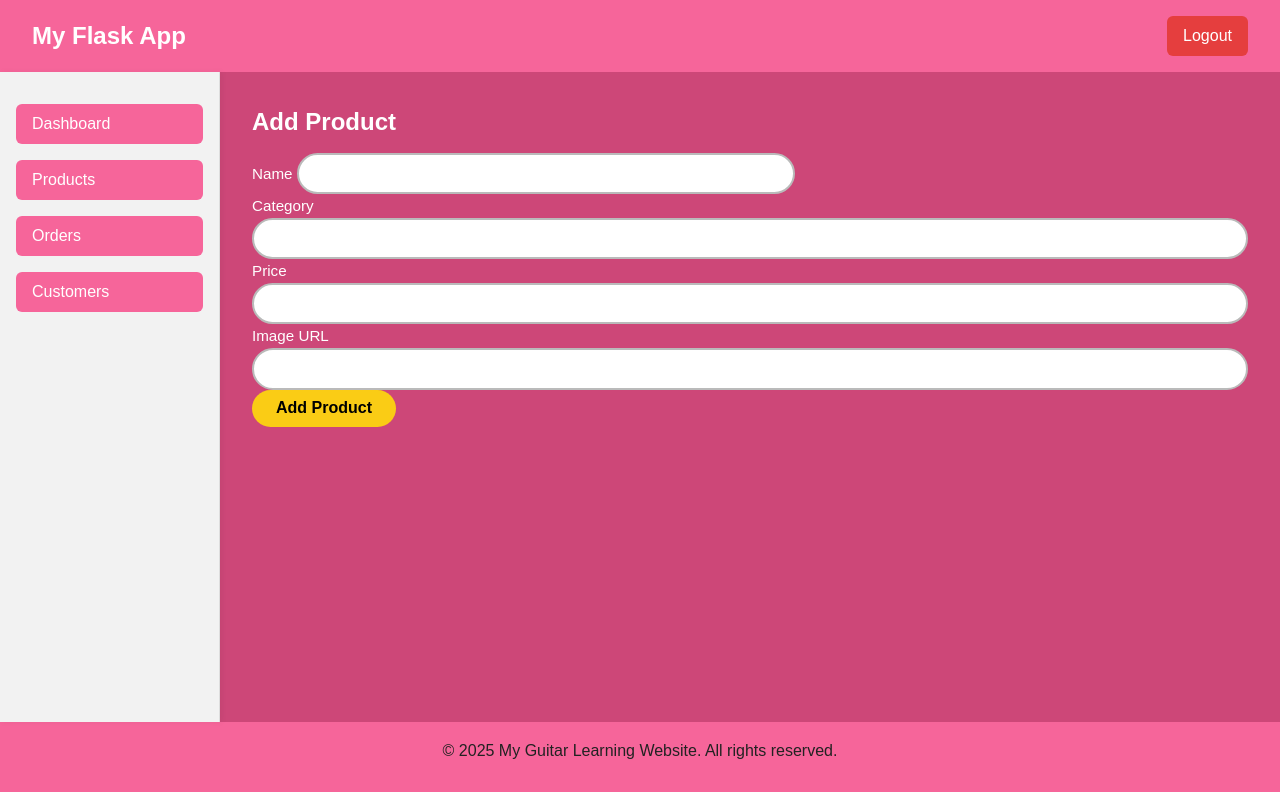
Repository: rywkoo/LearnGuitar
Page: templates/admin/addproduct.html
The author's editor kept a copy of each file at every save. The page is drawn from the files as they stood at one save, then again after the next save.
The browser window is 1280 px wide. The pictures show the whole page.
The page is served by the project's application, run on Flask 3 (app.py). The template is opened directly, without the code that normally fills it, so the values that code supplies are empty.

Above is the page before, as saved 2025-08-25 19:56:07.

After the next save:
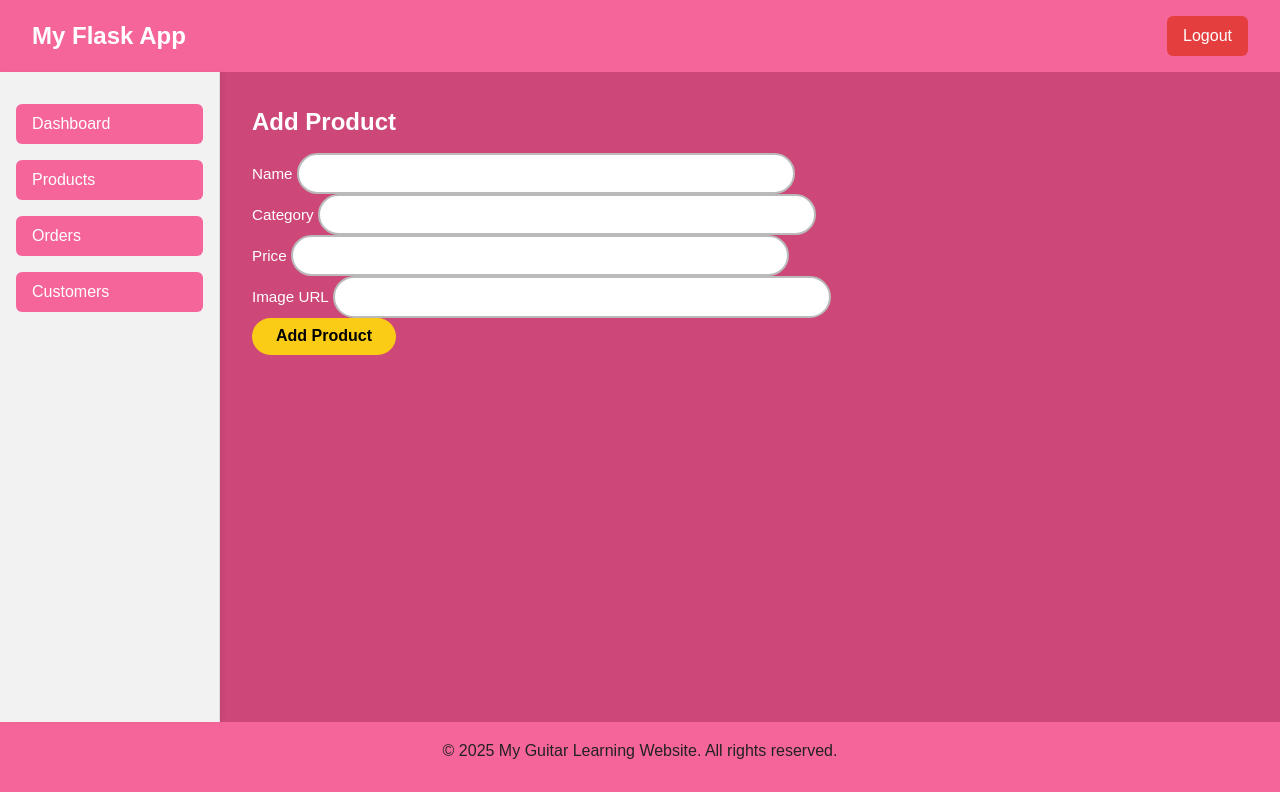
Saved 12 s later.
--- a/templates/admin/addproduct.html
+++ b/templates/admin/addproduct.html
@@ -12,15 +12,15 @@
         </div>
         <div class="mb-3">
             <label style="color: white;" >Category</label>
-            <input class="input" type="text" name="category" class="form-control" required>
+            <input class="input" style="width: 50%;" type="text" name="category" class="form-control" required>
         </div>
         <div class="mb-3">
             <label style="color: white;" >Price</label>
-            <input class="input" type="number" name="price" class="form-control" required>
+            <input class="input" style="width: 50%;" type="number" name="price" class="form-control" required>
         </div>
         <div class="mb-3">
             <label style="color: white;">Image URL</label>
-            <input class="input" type="text" name="image" class="form-control" required>
+            <input class="input" style="width: 50%;" type="text" name="image" class="form-control" required>
         </div>
         <button class="btn btn-primary" type="submit">Add Product</button>
     </form>
